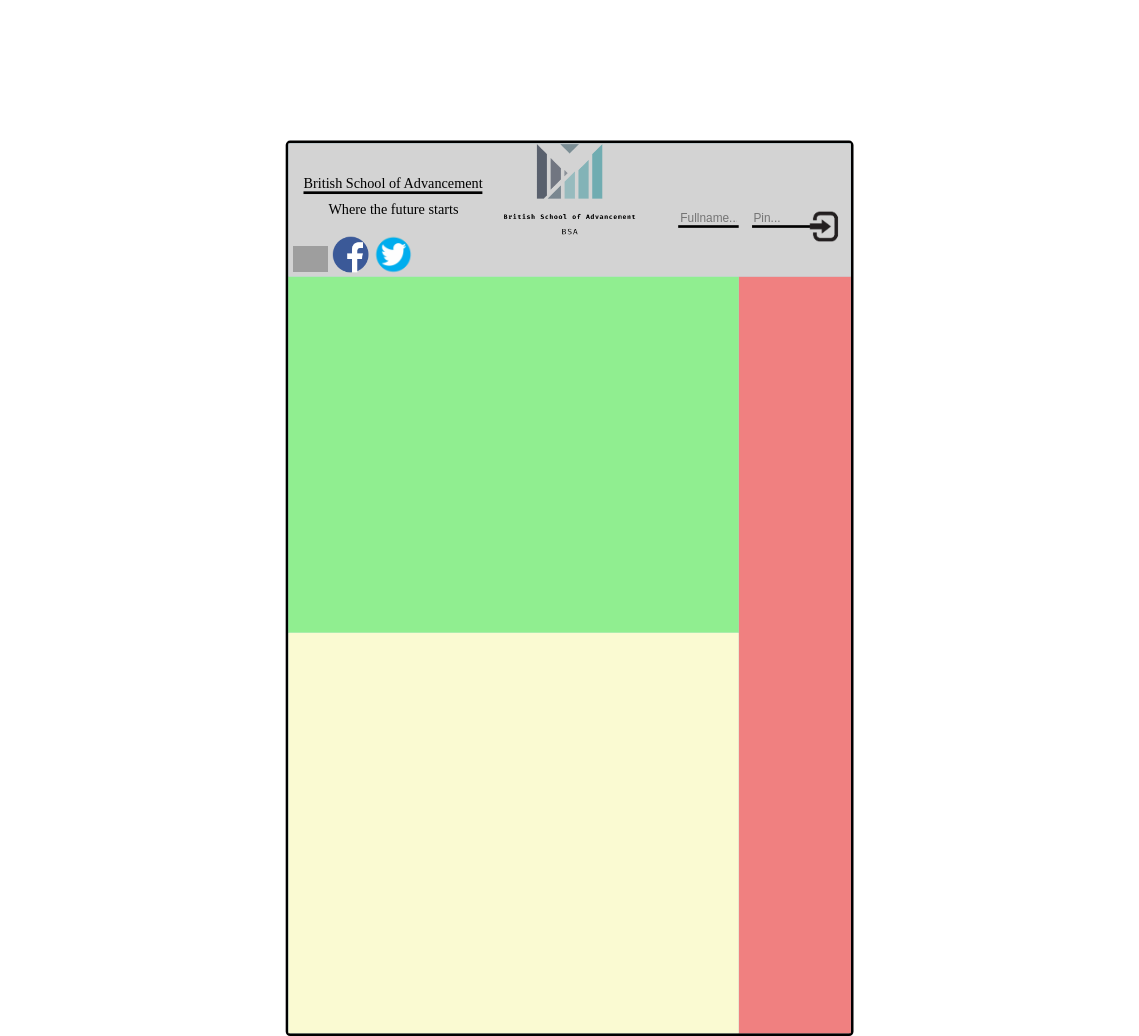
Repository: ghend99/School-app
Page: index.html
An editor plug-in stored every save of this project. The page is shown before and after the next save, followed by the edit.
The browser window is 1280 px wide. The pictures show the whole page, at 89% of full size.
Pictures or frames that could not be fetched are drawn as grey boxes.

Above is the page before, as saved 2023-03-24 13:23:50.

### index.html
<!DOCTYPE html>
<html lang="en">
  <head>
    <meta charset="UTF-8" />
    <meta http-equiv="X-UA-Compatible" content="IE=edge" />
    <meta name="viewport" content="width=device-width, initial-scale=1.0" />
    <title>Document</title>
    <link rel="stylesheet" href="style.css" />
  </head>
  <body>
    <div id="main-container">
      <!-- Header -->
      <div id="header-container">
        <p class="header-school-name">British School of Advancement</p>
        <p class="header-school-slogan">Where the future starts</p>
        <img
          id="header-socials"
          class="header-linkedin"
          src="images/LinkedIn.png"
        />
        <img
          id="header-socials"
          class="header-facebook"
          src="images/Facebook.png"
        />
        <img
          id="header-socials"
          class="header-twitter"
          src="images/Twitter.png"
        />
        <img class="header-logo" src="images/logo.png" />
        <input
          id="header-login"
          class="header-login-fullname"
          type="text"
          placeholder="Fullname..."
        />
        <input
          id="header-login"
          class="header-login-pin"
          type="number"
          placeholder="Pin..."
        />
        <img class="header-login-button" src="images/login-button.png" />
        <img class="header-login-icon" src="images/login.png" />
      </div>

      <!-- Sidebar -->
      <div id="sidebar-container"></div>

      <!-- Student Information Container -->
      <div id="student-information-container"></div>

      <!-- Student Management Container -->
      <div id="student-management-container"></div>
    </div>

    <!-- Login Container -->
    <div id="login-container"></div>

    <div id="create-account-container"></div>

    <script src="main.js"></script>
  </body>
</html>

### style.css
#main-container {
  position: relative;
  max-width: 50%;
  min-width: 400px;
  height: 70vh;
  min-height: 1000px;
  top: 150px;
  margin-left: auto;
  margin-right: auto;
  background-color: lightblue;
  border: solid;
  border-radius: 5px;
}

#header-container {
  position: relative;
  width: 100%;
  max-height: 15%;
  min-height: 150px;
  background-color: lightgray;
}

.header-school-name {
  position: absolute;
  top: 20px;
  left: 17px;
  font-size: clamp(1rem, 1vw, 2rem);
  border-bottom: solid;
}

.header-school-slogan {
  position: absolute;
  top: clamp(5%, 50px, 100px);
  bottom: clamp(30px, 7%, 90px);
  left: clamp(45px, 5%, 70px);
  font-size: clamp(0.9rem, 1.5vw, 1rem);
}

#header-socials {
  position: absolute;
  width: 40px;
  bottom: 5px;
}

.header-linkedin {
  left: 5px;
}

.header-facebook {
  left: clamp(50px, 7%, 60px);
}

.header-twitter {
  left: clamp(98px, 9%, 110px);
}

.header-logo {
  margin-left: auto;
  margin-right: auto;
  display: block;
  width: 150px;
  height: 100%;
}

#header-login {
  position: absolute;
  max-width: 10%;
  min-width: 5%;
  top: 50%;
  margin: 0;
  background-color: transparent;
  text-decoration: none;
  border: none;
  border-bottom: solid;
}

.header-login-fullname {
  right: 20%;
}

.header-login-pin {
  right: 7%;
}

.header-login-button {
  position: absolute;
  right: 5px;
  width: 50px;
  top: 45%;
}

.header-login-icon {
  display: none;
}
#sidebar-container {
  position: absolute;
  max-width: 30%;
  min-width: 20%;
  height: 85%;
  right: 0;
  flex-direction: column;
  background-color: lightcoral;
}

#student-information-container {
  position: relative;
  max-width: 80%;
  min-width: 50%;
  height: 40%;
  top: 0;
  background-color: lightgreen;
}

#student-management-container {
  position: relative;
  max-width: 80%;
  min-width: 50%;
  height: 45%;
  bottom: 0;
  background-color: lightgoldenrodyellow;
}

#login-container {
  position: absolute;
  top: 50%;
  left: 50%;
  transform: translate(-50%, -50%);
  max-width: 70%;
  min-width: 400px;
  height: 40vh;
  opacity: 0;
  background-color: aliceblue;
}

#create-account-container {
  position: absolute;
  top: 50%;
  left: 50%;
  transform: translate(-50%, -50%);
  max-width: 70%;
  min-width: 420px;
  height: 50vh;
  opacity: 0;
  background-color: aliceblue;
}

@media screen and (min-width: 0) and (max-width: 1200px) {
  .header-logo {
    display: none;
  }

  #header-login {
    display: none;
  }

  .header-login-button {
    display: none;
  }

  .header-login-icon {
    position: absolute;
    display: flex;
    right: 5px;
    width: 50px;
    top: 45%;
  }
}

Loaded but not shown: js/main.js (no copy from this time; the picture is the same without it)

After the next save:
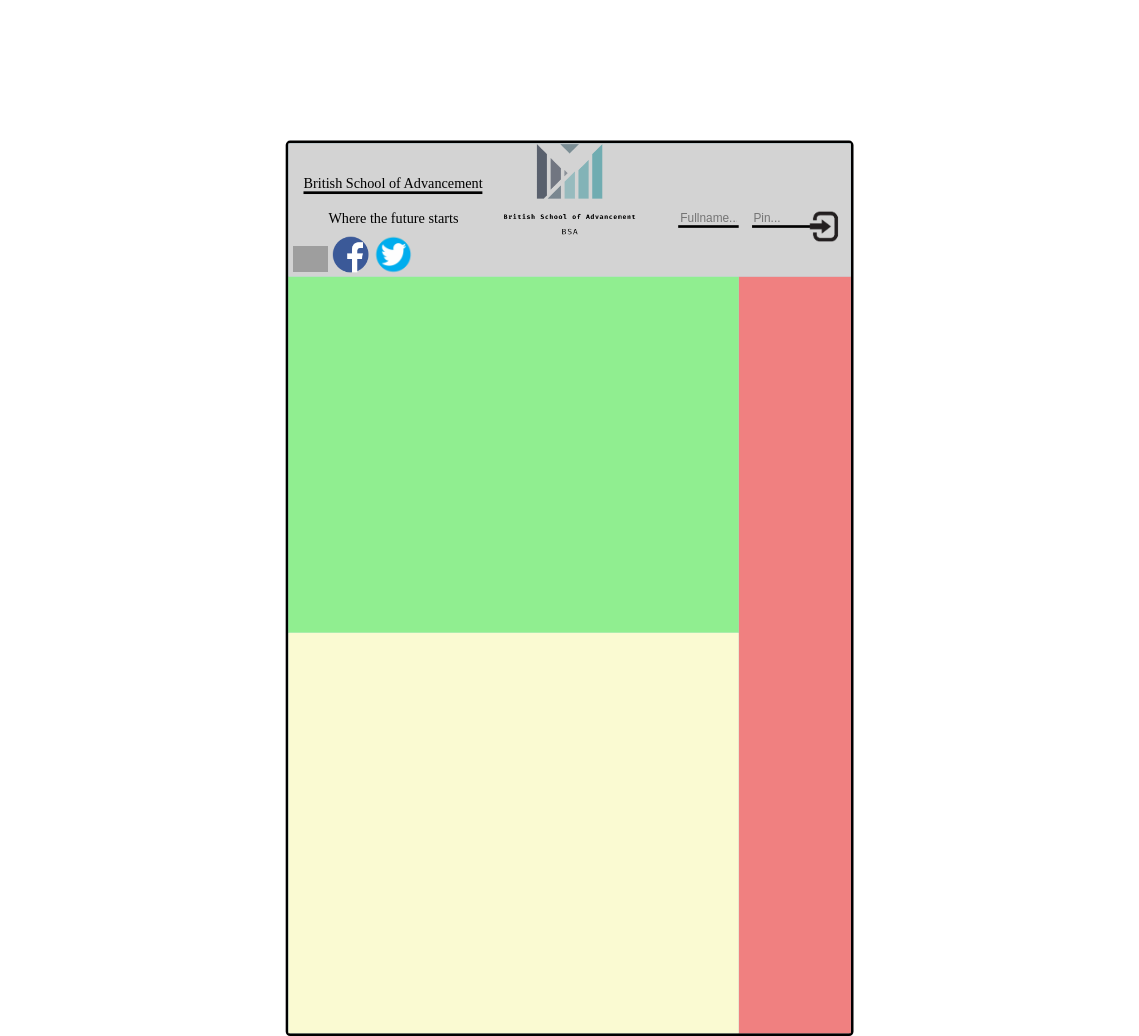
Saved 5 s later.
--- a/style.css
+++ b/style.css
@@ -30,7 +30,7 @@
 
 .header-school-slogan {
   position: absolute;
-  top: clamp(5%, 50px, 100px);
+  top: clamp(5%, 60px, 100px);
   bottom: clamp(30px, 7%, 90px);
   left: clamp(45px, 5%, 70px);
   font-size: clamp(0.9rem, 1.5vw, 1rem);
